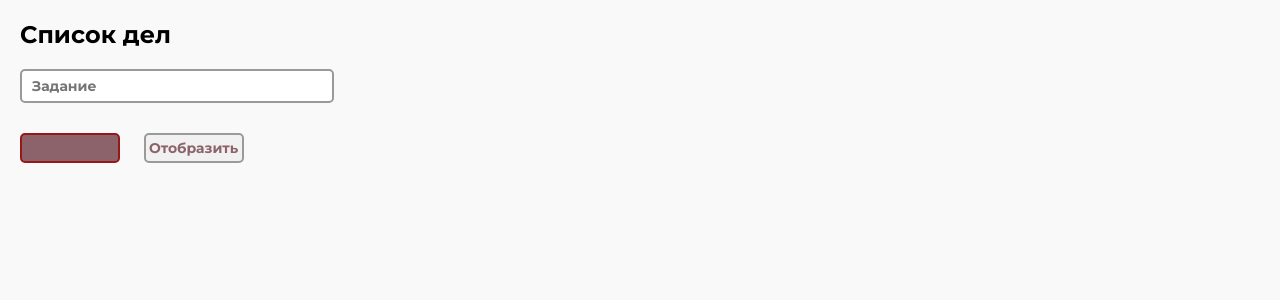
Repository: andbaik/it_unit9
Page: index.html
The author's editor kept a copy of each file at every save. The page is drawn from the files as they stood at one save, then again after the next save.
The browser window is 1280 px wide. The pictures show the whole page.
The pointer rests on the first visible `.btn`.

Above is the page before, as saved 2021-04-10 19:36:34.

### index.html
<!DOCTYPE html>
<html lang="ru">
<head>
    <meta charset="UTF-8">
    <meta http-equiv="X-UA-Compatible" content="IE=edge">
    <meta name="viewport" content="width=device-width, initial-scale=1.0">
    <title>Список дел</title>
    <link rel="stylesheet" href="/css/style.css">
</head>
<body>

    <head>
        <h1>Список дел</h1>
    </head>
    <section>
        <input type="text" name="task" id="task" placeholder="Задание">
        <div class="btn-block">
        <button class="add-task btn">Добавить</button>
        <button class="show-task btn">Отобразить</button>
        </div>
        <div class="result">Элемент был добавлен</div>
    </section>
</body>
</html>

### css/style.css
@import url('https://fonts.googleapis.com/css2?family=Montserrat:wght@400;700&display=swap');

* {
    margin: 0;
    padding: 0;
    font-family: 'Montserrat', sans-serif;
    font-size: 14px;
}

body {
    margin: 20px;
    background-color: #FAF9FA;

}

h1 {
    font-size: 24px;
}

input {
    width: 300px;
    height: 30px;
    border: 2px solid #9B9A9B;
    border-radius: 5px;
    color: #6B6A6B;
    outline: none;
    padding-left: 10px;
    font-weight: 700;
    margin: 20px 0;
}

input:focus{
    border-color: #8C636B;
    color: #8C636B;
}

section .btn-block{
    margin: 10px 0;
}

.btn {
    width: 100px;
    height: 30px;
    background-color: #F2F1F2;
    color: #8C636B;
    border: 2px solid #9B9A9B;
    border-radius: 5px;
    font-weight: 700;

}
.btn:hover {
    border-color: rgb(151, 24, 24);
    background-color: #8C636B;
    color:
}

.show-task{
    margin-left: 20px;
}

.result {
    width: 300px;
    height: 30px;
    border: 2px solid #9B9A9B;
    border-radius: 5px;
    line-height: 30px;
    font-weight: 700;
    color: #848384;
    padding: 10px;
    margin: 30px 0;
    display: none;
}

.add-el{
    color: #5C5B5C;
}

After the next save:
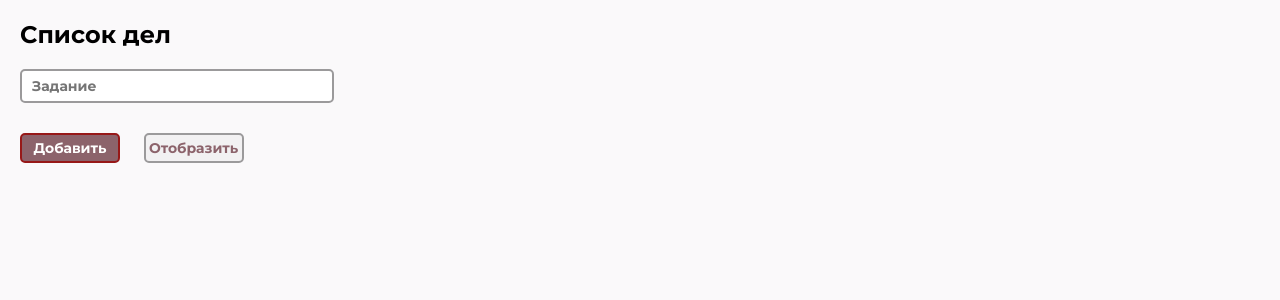
Saved 10 s later.
--- a/css/style.css
+++ b/css/style.css
@@ -51,7 +51,7 @@ section .btn-block{
 .btn:hover {
     border-color: rgb(151, 24, 24);
     background-color: #8C636B;
-    color:
+    color: white;
 }
 
 .show-task{
